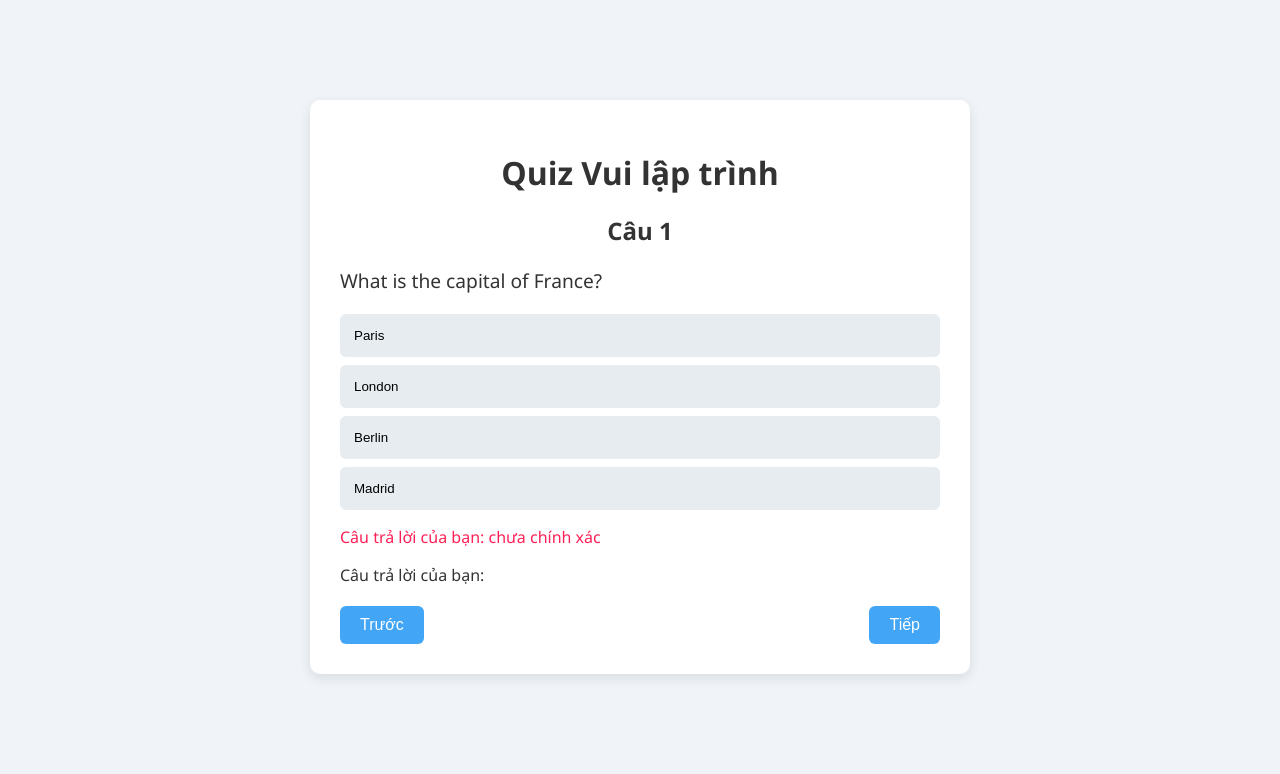
Repository: HuynhPPP/Quiz_App
Page: /
These files come from the project's save history. The page is drawn as it stood at one moment and after the next save; the edit follows.
The browser window is 1280 px wide. The pictures show the whole page.
The project was rebuilt for these pictures with package versions that can differ from the ones it lists, and the page was loaded fresh each time. Also part of the build but not shown: vite.config.js.

Above is the page before, as saved 2025-09-26 14:46:12.

After the next save:
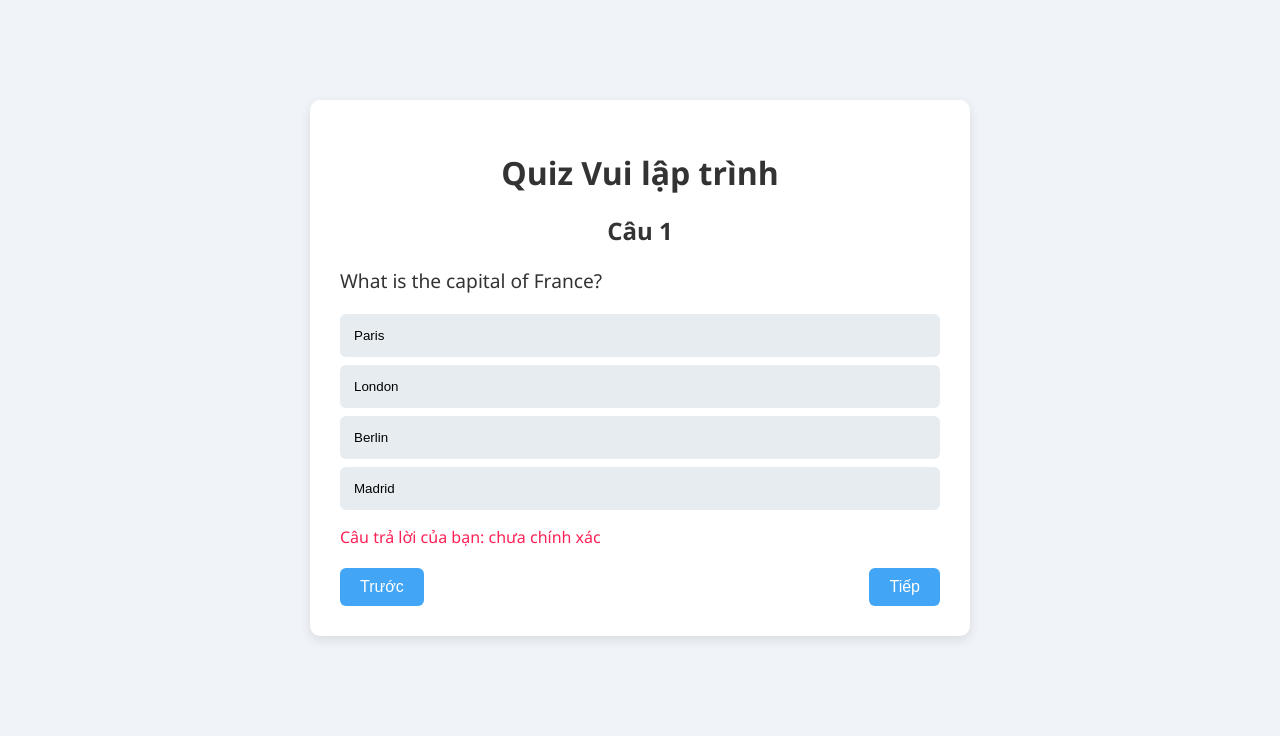
Saved 27 s later.
--- a/src/components/Quiz.jsx
+++ b/src/components/Quiz.jsx
@@ -65,7 +65,6 @@ const Quiz = () => {
                 )
             }
 
-            <p>Câu trả lời của bạn: {optionSelected}</p>
 
             <div className='nav-buttons'>
                 <button>Trước</button>
